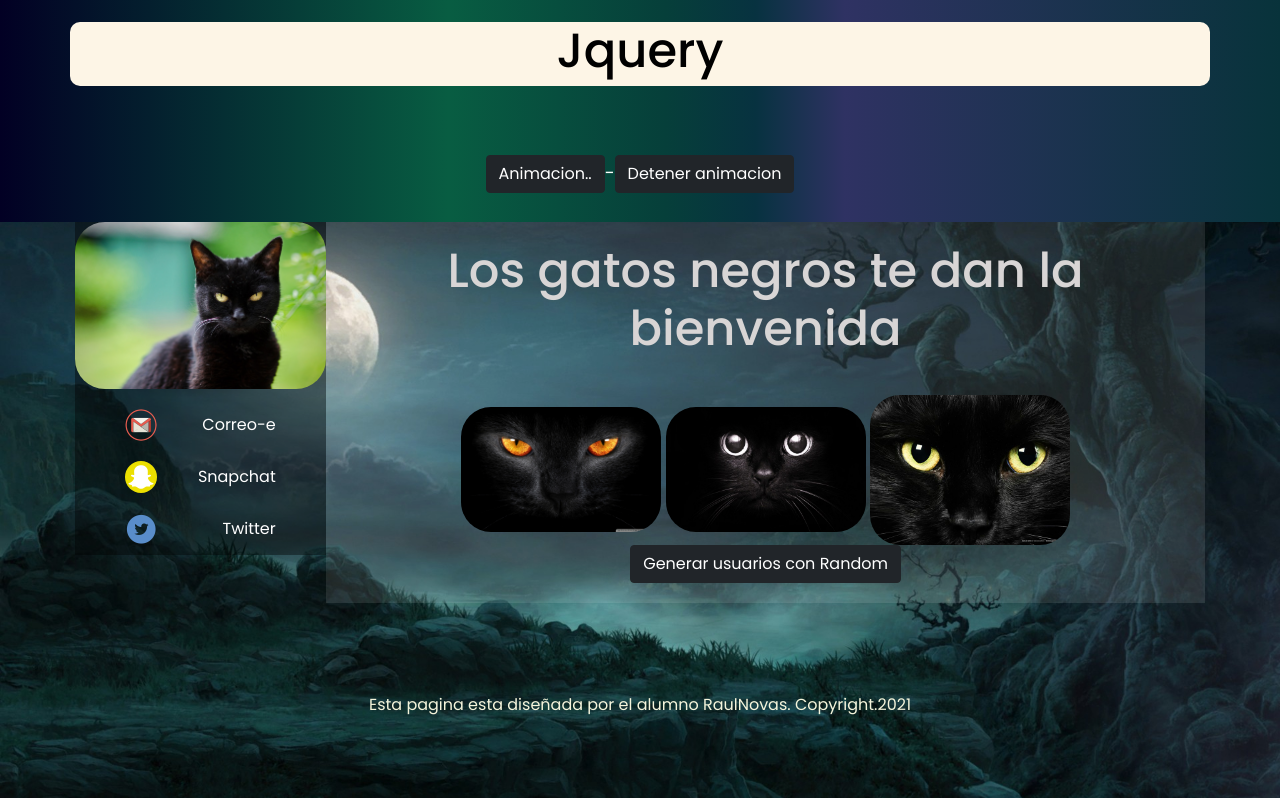
Repository: raul4264/final2
Page: index.html
The author's editor kept a copy of each file at every save. The page is drawn from the files as they stood at one save, then again after the next save.
The browser window is 1280 px wide. The pictures show the whole page.

Above is the page before, as saved 2021-07-14 09:17:04.

After the next save:
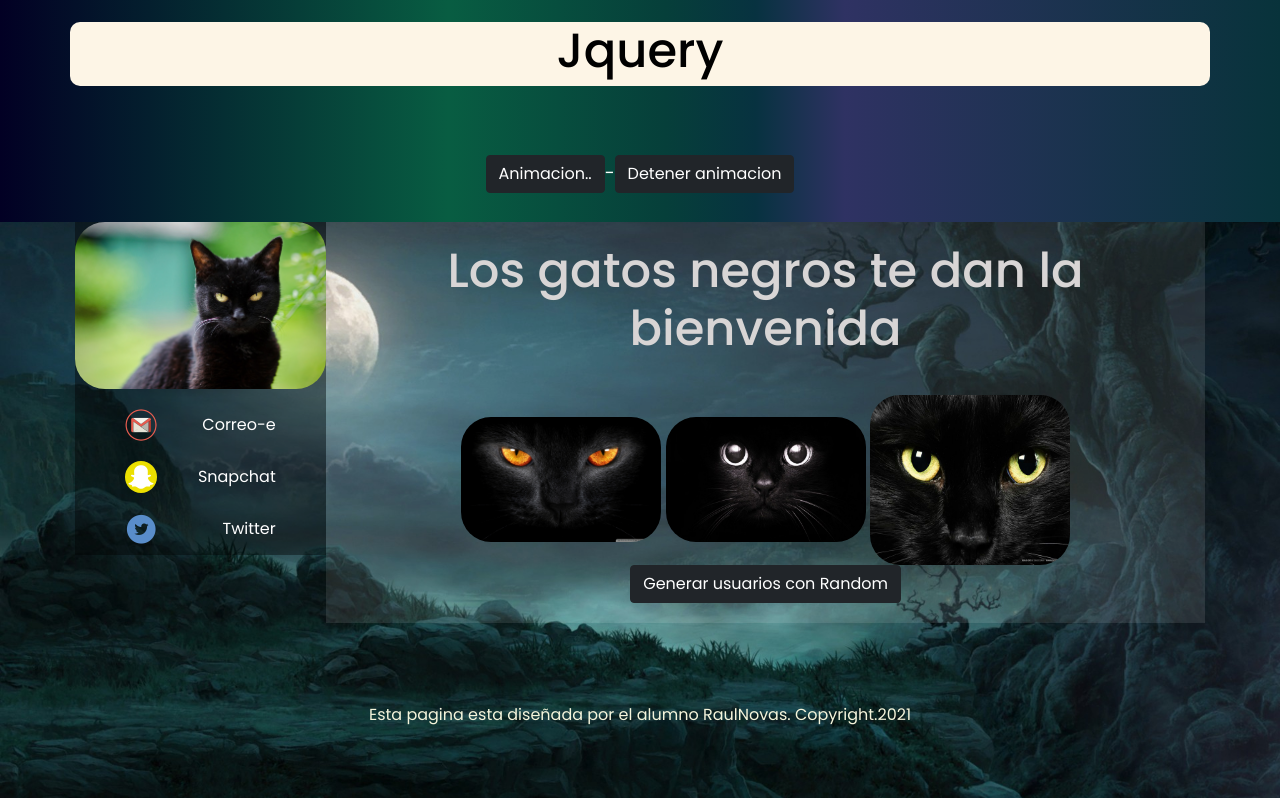
Saved 8 s later.
--- a/index.html
+++ b/index.html
@@ -137,7 +137,7 @@
 
                 <img src="/images/cat1.jpg" width="200vw">
                 <img src="/images/cat2.jpg" width="200vw" >
-                <img src="/images/cat3.jpg" width="200vw" height="150vh" >
+                <img src="/images/cat3.jpg" width="200vw" height="170vh" >
 
             <br>
             <button type="button" class="btn btn-dark" id="usuarios">Generar usuarios con Random</button>
